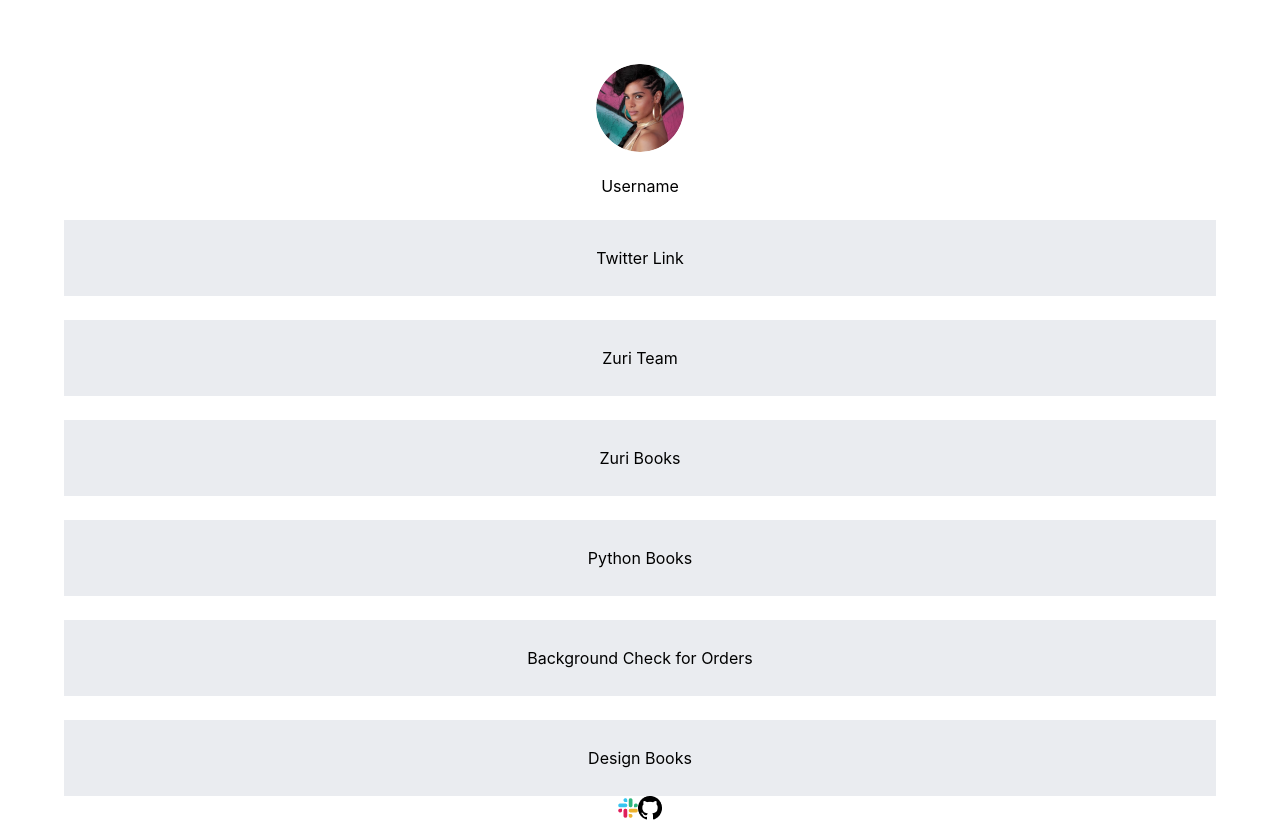
Repository: uh-sman/Zuri-task-one
Page: /
An editor plug-in stored every save of this project. The page is shown before and after the next save, followed by the edit.
The browser window is 1280 px wide. The pictures show the whole page.
The project was rebuilt for these pictures with package versions that can differ from the ones it lists, and the page was loaded fresh each time.

Above is the page before, as saved 2022-10-23 19:41:05.

After the next save:
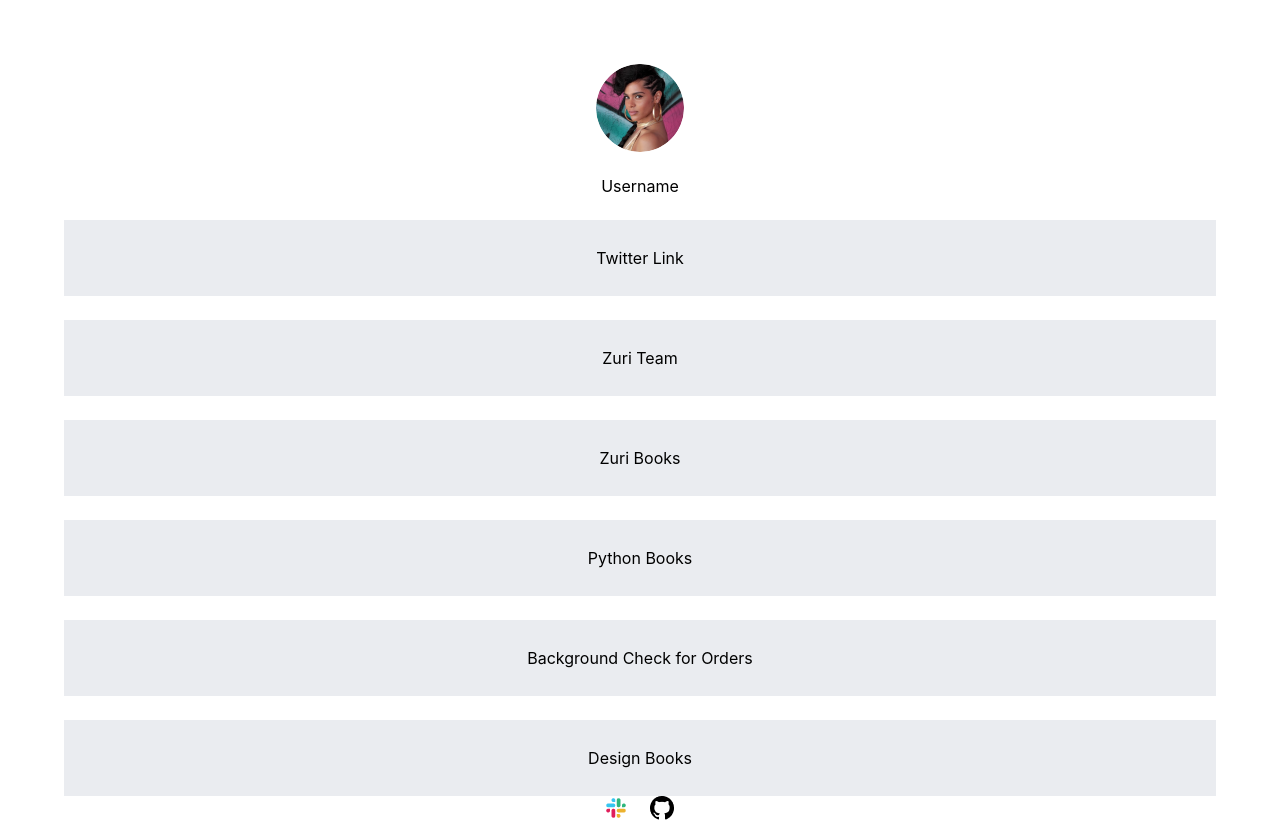
Saved 35 s later.
--- a/src/Components/body.css
+++ b/src/Components/body.css
@@ -23,4 +23,5 @@
   display: flex;
   justify-content: center;
   align-items: center;
+  gap: 24px;
 }
